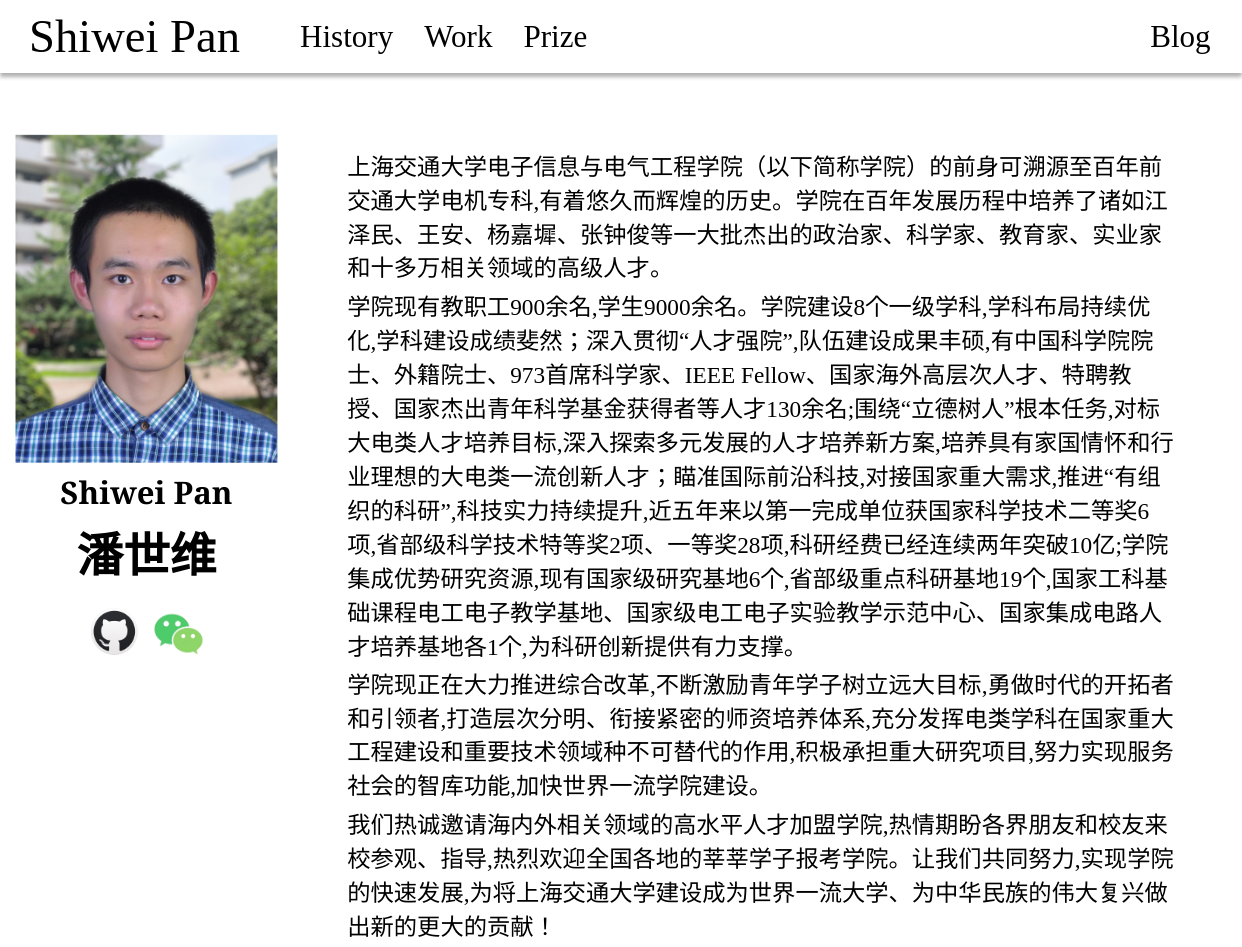
Repository: erikpsw/web
Page: new/psw.html
The author's editor kept a copy of each file at every save. The page is drawn from the files as they stood at one save, then again after a run of saves.
The browser window is 1280 px wide. The pictures show the whole page, at 97% of full size.

Above is the page before, as saved 2022-06-17 08:43:57.

### new/psw.html
<!DOCTYPE html>
<html>
<head>
<meta charset="utf-8">
<title>Shiwei Pan</title>
<link rel="stylesheet" type="text/css" href="styles.css">
</head>
<body class="body">
<nav id="start_box">
    <a class="nav" id="title" href="">Shiwei Pan</a>
    <a class="nav" href="" >History</a>
    <a class="nav" href="">Work</a>
    <a class="nav" href="">Prize</a>
    <a class="nav" id="myblog" target="_blank" href="https://erikpsw.github.io/">Blog</a>
</nav>
<section >
    <div class="container">
        <div id="profile">
            <img src="\pic\mine.png" id="mine">
            <h2 id="name1">Shiwei Pan</h2>
            <h2 id="name2">潘世维</h2>
        <ul class="network_icon">
            <li>
                <a target="_blank" href="https://github.com/erikpsw"><img src="\pic\github.png" id="github"></a>
            </li>
            <li>
            <img src="\pic\wechat.png" id="wechat">
            </li>
        <ul>
        </div>
        <div id="intro">
            <p class="text">上海交通大学电子信息与电气工程学院（以下简称学院）的前身可溯源至百年前交通大学电机专科,有着悠久而辉煌的历史。学院在百年发展历程中培养了诸如江泽民、王安、杨嘉墀、张钟俊等一大批杰出的政治家、科学家、教育家、实业家和十多万相关领域的高级人才。</p>

            <p class="text">  学院现有教职工900余名,学生9000余名。学院建设8个一级学科,学科布局持续优化,学科建设成绩斐然；深入贯彻“人才强院”,队伍建设成果丰硕,有中国科学院院士、外籍院士、973首席科学家、IEEE Fellow、国家海外高层次人才、特聘教授、国家杰出青年科学基金获得者等人才130余名;围绕“立德树人”根本任务,对标大电类人才培养目标,深入探索多元发展的人才培养新方案,培养具有家国情怀和行业理想的大电类一流创新人才；瞄准国际前沿科技,对接国家重大需求,推进“有组织的科研”,科技实力持续提升,近五年来以第一完成单位获国家科学技术二等奖6项,省部级科学技术特等奖2项、一等奖28项,科研经费已经连续两年突破10亿;学院集成优势研究资源,现有国家级研究基地6个,省部级重点科研基地19个,国家工科基础课程电工电子教学基地、国家级电工电子实验教学示范中心、国家集成电路人才培养基地各1个,为科研创新提供有力支撑。</p>

            <p class="text">  学院现正在大力推进综合改革,不断激励青年学子树立远大目标,勇做时代的开拓者和引领者,打造层次分明、衔接紧密的师资培养体系,充分发挥电类学科在国家重大工程建设和重要技术领域种不可替代的作用,积极承担重大研究项目,努力实现服务社会的智库功能,加快世界一流学院建设。</p>

            <p class="text"> 我们热诚邀请海内外相关领域的高水平人才加盟学院,热情期盼各界朋友和校友来校参观、指导,热烈欢迎全国各地的莘莘学子报考学院。让我们共同努力,实现学院的快速发展,为将上海交通大学建设成为世界一流大学、为中华民族的伟大复兴做出新的更大的贡献！</p>
        </div>
    </div>
</section>
</body>
</html>

### new/styles.css
#start_box
{
    background-color: whit;
    display:flex;
    box-shadow: 0 0.25rem 0.25rem 0 rgb(0 0 0 / 31%);
}

#title{
    text-decoration: none;
    font-family:"Times New Roman",Georgia,Serif;
    font-style:inherit;
    padding:10px 30px 10px;
    color:black;
    font-size: 3em;
}

.nav{
    text-decoration: none;
    font-family:"Times New Roman",Georgia,Serif;
    padding-left:1em;
    color:black;
    display: inline-flex;
    align-items: center;
    font-size: 2em;
}

.body{
    margin: 0%;
}

#myblog{
    margin-left: auto;
    padding-right: 1em;
}

#mine{
    width: 270px;
    height: 337.5px;
    margin-top: 4em;
}

#profile{
    padding-left: 1em;
    box-sizing: border-box;
    float: left;
    text-align: center;
    max-width: 33.33333333%;
}

#name1{
    font-family: Georgia,Serif;
    font-size: 2em;
    margin: 2%;
}

#name2{
    font-family: STZhongsong;
    font-size: 3em;
    margin: 2%;
}

.network_icon{
    list-style: none;
    display: inline-flex;
    flex-direction: row;
}

#github{
    height: 50px;
}
#wechat{
    height: 50px;
    padding-top: 3px;
    margin-left: 1em;
}

#intro{
    box-sizing: border-box;
    float: left;
    max-width: 66.66666667%;
    margin-top: 3em;
    margin-left: 3em;
    font-size: 1.5em;
   ;
}

.container{
    box-sizing: border-box;
}

.text{
    margin-top:0.2em;
    margin-bottom: 0.2em;
    font-family: Times New Roman;
}

After the next 2 saves:
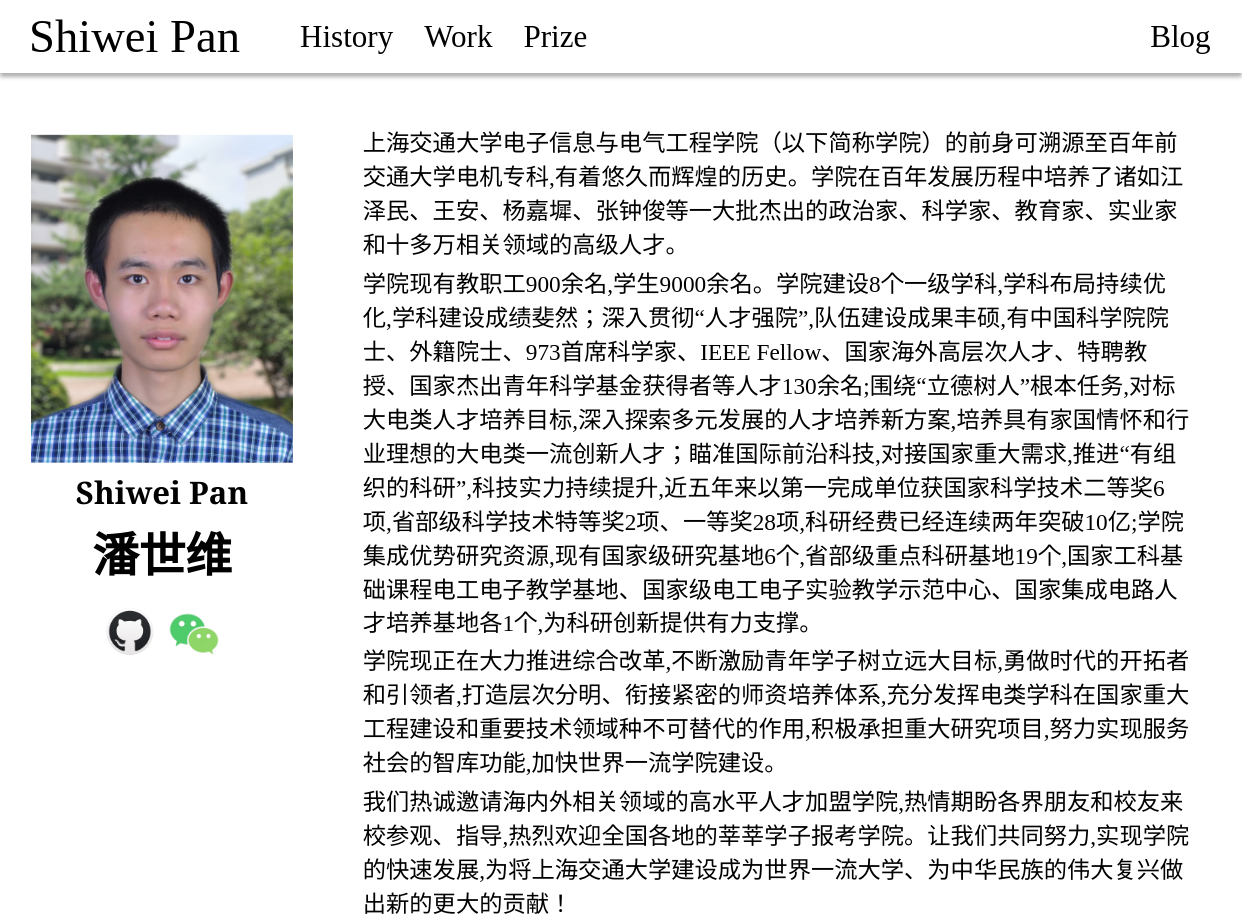
The 2 saves are shown as one change because they came seconds apart.
The last was saved 16 s later.
--- a/new/styles.css
+++ b/new/styles.css
@@ -40,7 +40,7 @@
 }
 
 #profile{
-    padding-left: 1em;
+    padding-left: 2em;
     box-sizing: border-box;
     float: left;
     text-align: center;
@@ -78,7 +78,7 @@
     box-sizing: border-box;
     float: left;
     max-width: 66.66666667%;
-    margin-top: 3em;
+    margin-top: 2em;
     margin-left: 3em;
     font-size: 1.5em;
    ;
